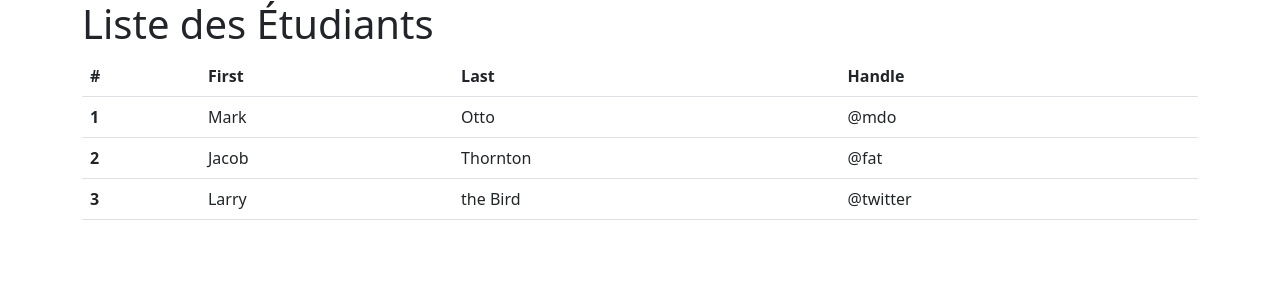
Repository: daniel10027/DJ-Spring
Page: http://localhost/students
These files come from the project's save history. The page is drawn as it stood at one moment and after the next save; the edit follows.
The browser window is 1280 px wide. The pictures show the whole page.
The page is this project's Thymeleaf template; nobody is signed in. The template is opened directly, without the code that normally fills it, so the values that code supplies are empty.

Above is the page before, as saved 2022-07-02 10:39:27.

After the next save:
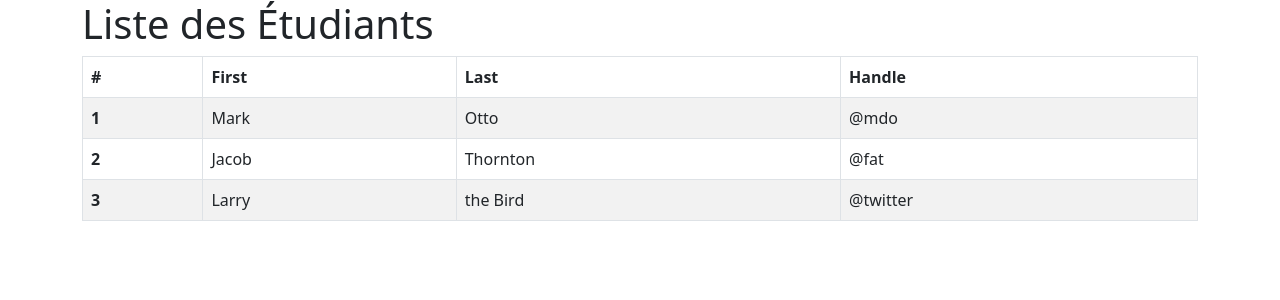
Saved 42 s later.
--- a/student-management-system/src/main/resources/templates/students.html
+++ b/student-management-system/src/main/resources/templates/students.html
@@ -12,7 +12,7 @@
 	   		<h1>Liste des Étudiants</h1>
 	   </div>
 
-	   <table class="table">
+	   <table class="table table-striped table-bordered">
 		  <thead class="thead-light">
 		    <tr>
 		      <th scope="col">#</th>
